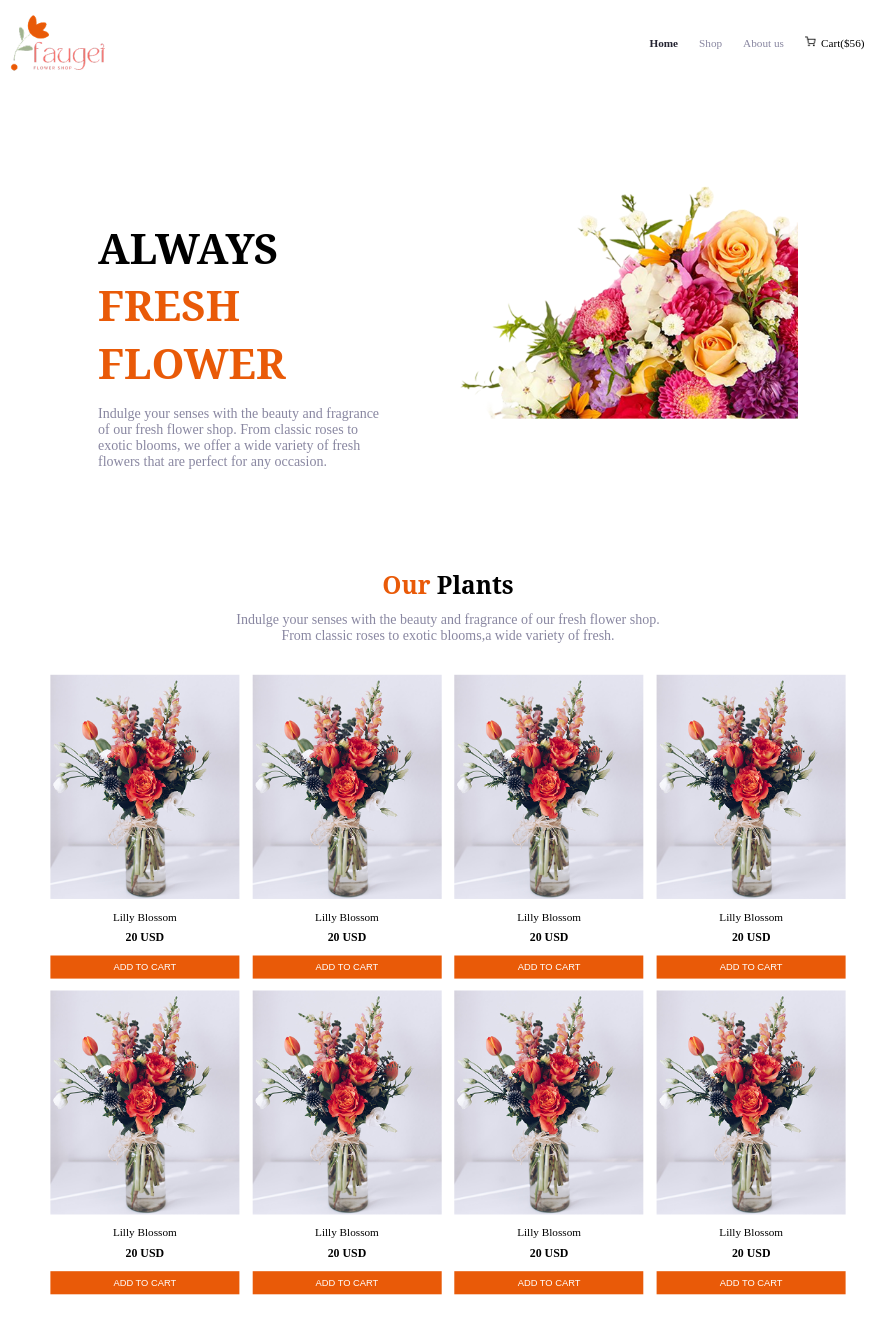
Repository: dollyrakhe22/Flowers-main-website
Page: index.html
An editor plug-in stored every save of this project. The page is shown before and after the next save, followed by the edit.
The browser window is 1280 px wide. The pictures show the whole page, at 70% of full size.
Some web libraries are served in a nearby version.

Above is the page before, as saved 2025-07-25 15:01:21.

### index.html
<!DOCTYPE html>
<html lang="en">
<head>
    <meta charset="UTF-8">
    <meta name="viewport" content="width=device-width, initial-scale=1.0">
    <title>Flowers Site</title>
    <link rel="stylesheet" href="style.css">
    <link rel="stylesheet" href="https://cdnjs.cloudflare.com/ajax/libs/font-awesome/7.0.0/css/all.min.css" integrity="sha512-DxV+EoADOkOygM4IR9yXP8Sb2qwgidEmeqAEmDKIOfPRQZOWbXCzLC6vjbZyy0vPisbH2SyW27+ddLVCN+OMzQ==" crossorigin="anonymous" referrerpolicy="no-referrer" />
</head>
<body >
  <!--Header-Section -->
    <header>
           <nav class="nav-bar display-flex">
                <img src="assets/logo.png" alt="" srcset="">

                   <ul class="list-link display-flex ">

                <li class="list-item text-black ">Home</li>
                <li class="list-item text-gray">Shop</li>
                <li class="list-item text-gray">About us</li>
                <li class="shopping"><img src="assets/shopping-cart (1).jpg"id="shopping-card" alt="" srcset=""width="15px" height="15px">Cart($56)</li>
             </ul>
           </nav>
           </header>
   <main>
  <!--Fresh Flowers-->
   <!---->
 <section class="flower-section display-flex">
  <div class="fresh-flower">
   <h1 class="flower-title noto-serif-normal">ALWAYS <span class="primary-color">FRESH<br> FLOWER</span></h1>
   <p class="flower-description text-gray">Indulge your senses with the beauty and fragrance of our fresh flower shop. From classic roses to exotic blooms,
     we offer a wide variety of fresh flowers that are perfect for any occasion. </p>
  </div>
  <div class="flower-img">
    <img src="assets/hero-flower.png" alt="" srcset="">
  </div>

 </section>
 <!--Plants-->
<section class="plants-section" >

    <h1 class="plant-title noto-serif-normal"><span class="primary-color">Our</span> Plants</h1>
    <p class="plant-description text-gray">Indulge your senses with the beauty
      and fragrance  of our fresh flower shop. <span style="display: block;"> From classic roses to exotic blooms,a wide variety of fresh.</span>
     </p>
</section>
<!--Plant-Card-Container-->
<section >
<div class="card-container">
  <div class="plant-card">
    <img src="assets/sample-flower-image.png" alt="" srcset="">
    <h4 class="lily">Lilly Blossom</h4>
    <p class="price">20 USD</p>
    <button class="btn">ADD TO CART</button>
  </div>
  <div class="plant-card">
    <img src="assets/sample-flower-image.png" alt="" srcset="">
    <h3 class="lily">Lilly Blossom</h3>
    <p class="price">20 USD</p>
    <button class="btn">ADD TO CART</button>
  </div>
  <div class="plant-card">
    <img src="assets/sample-flower-image.png" alt="" srcset="">
    <h3 class="lily">Lilly Blossom</h3>
    <p class="price">20 USD</p>
    <button class="btn">ADD TO CART</button>
  </div>
  <div class="plant-card">
    <img src="assets/sample-flower-image.png" alt="" srcset="">
    <h3 class="lily">Lilly Blossom</h3>
    <p class="price">20 USD</p>
    <button class="btn">ADD TO CART</button>
  </div>

<div class="plant-card">
    <img src="assets/sample-flower-image.png" alt="" srcset="">
    <h3 class="lily">Lilly Blossom</h3>
    <p class="price">20 USD</p>
    <button class="btn">ADD TO CART</button>
  </div>
  <div class="plant-card">
    <img src="assets/sample-flower-image.png" alt="" srcset="">
    <h3 class="lily">Lilly Blossom</h3>
    <p class="price">20 USD</p>
    <button class="btn">ADD TO CART</button>
  </div>
  <div class="plant-card">
    <img src="assets/sample-flower-image.png" alt="" srcset="">
    <h3 class="lily">Lilly Blossom</h3>
    <p class="price">20 USD</p>
    <button class="btn">ADD TO CART</button>
  </div>
  <div class="plant-card">
    <img src="assets/sample-flower-image.png" alt="" srcset="">
    <h3 class="lily">Lilly Blossom</h3>
    <p class="price">20 USD</p>
    <button class="btn">ADD TO CART</button>
  </div>

</div>
</section hidden>
<!--Flowers-Lovers--
<section class="flower-plant display-flex">
  <div class="badge-container">
    <img id="badge" src="assets/trusted-badge.png" alt="" srcset="" >
    <img src="assets/flower-store.png" alt="" srcset="">
  </div>
  <div class="plan-about">
    <h1 class="lover-title noto-serif-normal">Flowers and Plant Lovers</h1>
    <ul class="lover-description">
      <li class="text-gray">Indulge your senses with the beauty and fragrance of our fresh flower shop.
         From classic roses to exotic blooms, we offer a wide variety of fresh.</li>
      <li class="text-gray">Indulge your senses with the beauty and fragrance of our fresh flower shop.
         From classic roses to exotic blooms, we offer a wide variety of fresh.</li>
      <li class="text-gray">Indulge your senses with the beauty and fragrance of our fresh flower shop.
         From classic roses to exotic blooms, we offer a wide variety of fresh.</li>
    </ul>
  </div>
</section>
<!--Latest-Deals--
<section class="latest-section"  hidden>

    <h1 class="latest-title noto-serif-normal"><span class="primary-color">Latest</span> Deals</h1>
    <p class="latest-description text-gray">Indulge your senses with the beauty
      and fragrance  of our fresh flower shop. <span style="display: block;"> From classic roses to exotic blooms,a wide variety of fresh.</span>
     </p>
</section>
<!--Latest-Deals-Box--
 <section class ="latest-box" hidden>
  <div class="row">
    <div class="card" style="background-image:url(assets/deal-bloom.png) " style="background:#C8C8C8;">
        <div class="bloom-text">
          <h4 class="bloom noto-serif-normal">60% Off | Bloom Plant</h4>
         <a href="shop" class="shop">Shop Now</a>

        </div>
      </div>
    <div class="card" style="background-image:url(assets/deal-ana.png)" >
        <div class="bloom-text">
          <h4 class="bloom noto-serif-normal">60% Off | Bloom Plant</h4>
         <a href="shop" class="shop">Shop Now</a>
        </div>

      </div>
  </div>

  <div class="zabo" style="background-image: url(assets/deal-zabo.png);">
  <div class="zabo-text">
    <h1 class="zabo-title noto-serif-normal">25% Off | Zabo Plant</h1>
    <a href="shop" class="zabo-shop">shop Now</a>

  </div>



</div>

 </section>
<!--Search-Section--
<section hidden>
  <div class="branch">

      <h1 class="branch-title noto-serif-normal">Join the colorful Bunch</h1>
       <div class="wrapper">
      <div class="input-data display-flex">
    <input type="text" name="" id="" placeholder="Write email">

    <button class="search-button">Subscribe</button>

      </div>
  </div>
  </div>
</section>

<!--Footer --
<div class="footer display-flex" hidden>
<div class="footer-section">
 <img src="assets/logo.png" alt="" srcset="">
 <p class="text-gray footer-description">Indulge your senses with the
  <br>beauty and fragrance of our fresh <br>flower shop. </p>
</div class="display-flex">


<div class="footer-list">
  <ul>
   <li class="footer-link text-gray" >Home</li>
   <li class="footer-link text-gray">About us</li>
   <li class="footer-link text-gray">Blog</li>
   <li class="footer-link text-gray">FAQ</li>
   <li class="footer-link text-gray">Contact Us</li>

  </ul>
</div>
<div class="footer-list display-flex icon-list">
<div class=" list">
  <ul>
    <li class="footer-link text-gray">Feature</li>
    <li class="footer-link text-gray">Pricing</li>
    <li class="footer-link text-gray">Privacy Of Policy</li>
    <li class="footer-link text-gray">Terms Of Service</li>
    <li class="footer-link text-gray">Help Center</li>
  </ul>

      <span class="social-icon">
      <img src="assets/icon-linkedin.png" alt="" srcset="" width="30px" height="30px" >
    <img src="assets/icon-twitter.png" alt="" srcset=""  width="30px" height="30px" >
    <img src="assets/icon-facebook.png" alt="" srcset="" width="30px" height="30px" >
    <img src="assets/icon-youtube.png" alt="" srcset="" width="30px" height="30px">
      </span>
  </div>
















</div>



    </main>
    <footer>

    </footer>
</body>
</html>

### style.css
@import url('https://fonts.googleapis.com/css2?family=Noto+Serif:ital,wght@0,100..900;1,100..900&display=swap');

*{
    box-sizing: border-box;
    margin: 0;
    padding: 0;
}

.noto-serif-normal{
  font-family: "Noto Serif", serif;
  font-optical-sizing: auto;
  font-style: normal;

}
/*shared style*/
.display-flex{
    display: flex;
}
/*black*/
.text-black{
    color:#252432;
    font-weight: bold;
}
/*dark 02*/
.text-gray{
    color: #8987A1;
}
.primary-color{
    color:#E95A08;
}
/*navbar start*/
.nav-bar{
   justify-content: space-between;
   margin: 20px auto;
   max-width: 1250px;


}
.list-link{
    justify-items: center;
    justify-content: center;
    align-items: center;



}
nav ul li{
    list-style: none;
    margin-right: 30px;
}
#shopping-card{
    margin-right: 8px;
}
/*Fresh Flower*/
.fresh-flower{
    margin-top: 70px;
}
.flower-section{
    max-width: 100%;
   margin: 140px;
   gap: 10px;
}
.flower-title{
      font-size: 3.75rem;
}
.flower-description{
    font-size: 1.25rem;
    margin-top: 20px;
}
/*Plants*/
.plants-section{
  justify-items: center;

}
.plant-title{
    font-size: 2.18rem;
    font-weight: 700;
}
.plant-description{
    font-size: 1.25rem;
    margin-top: 15px;
   text-align: center;

}
/*Plant-Card-Container*/

.card-container{
    max-width: 1150px;
    margin: 45px auto;
    display: grid;
    grid-template-columns: repeat(4,1fr);
    gap: 5px;
}
.plant-card {
    align-items: center;
    justify-items: center;
}
.lily{
    font-size: 1rem;
    font-weight:200;
    margin-top: 10px;
}
.price{
    font-size: 1.06rem;
    font-weight: bold;
    margin-top: 10px;
}
.btn{
   background-color: #E95A08;
   color:white;
   width: 270px;
   height: 33px;
   border: none;
   margin-top: 16px;
   margin-bottom: 12px;
}
/*Flowers and Lover*/
#badge{
    width: 240px;
    height:240px;
    margin-left: 443px;
    margin-bottom: -122px;
    position: relative;

}
.badge-container{
    margin-top: -147px;
}




.flower-plant{
   max-width: 100%;
    margin: 170px 160px ;
     width: 1250px;

}
.plan-about{
    margin-left: -5px;
    width: 300px;
    margin-right: 268px;
    justify-content: center;
    justify-items: center;


}


.flower-plant img{
    width: 590px;
    height: 450px;
}
.lover-title{
    font-size: 50px;
    width: 470px;
    margin-top: -12px;
    margin-left: 124px;
}
.lover-description{
    font-size: 1.25rem;
    margin-top: 30px;
    margin: 21px;
    width: 400px;
}
.lover-description{
     margin-left: 118px;
}
/*latest-Deals*/
.latest-section{
  justify-items: center;


}
.latest-title{
    font-size: 2.18rem;
    font-weight: 700;
    margin-top: -75px;
}
.latest-description{
    font-size: 1.25rem;
    margin-top: 15px;
   text-align: center;

}

/*Latest-Deals-Box*/
.bloom{
    color: white;
    font-size: 1.2rem;

}
   a{
     color:white;
     font-size: 0.8rem;

}
/*
.zabo-font{
    color:white;
    padding: 180px;
    margin-left: 43px;

}
*/
.zabo-title{
    color: white;
    font-size: 2.06rem;
    font-weight: 700;

}
.card{
   background-repeat: no-repeat;


}
.card {
    text-align: center;
    justify-items: center;
    width: 360px;
    height:163px;
    margin-bottom: 19px;
    margin-left: -105px;
    border-radius: 10px;

}
.zabo {
     background-repeat: no-repeat;
     width: 750px;
     height: 345px;
     margin-left: 20px;
     border-radius: 10px;
}


.row{
   display: grid;
 grid-template-columns: repeat(1,1fr);


}
.zabo-text {
    padding: 180px;
    margin-top:-42px;

}
.zabo-shop{
    font-size: 2rem;
    margin-left:105px;
    font-weight: 800;
}
.bloom-text{
   padding: 65px;
}
.shop{
    font-size: 1.3rem;
    margin-left:10px;
}
.latest-box{
    display: flex;
    margin: 50px 267px;
    width: 1140%;
}
/*Search Section*/
.branch{
    background-image: url(assets/news-letter-bg.png);
    margin-bottom: 50px;
    width: 1490px;
    height:398px;
    background-size: cover;
    text-align: center;
    padding: 170px;

}
.input-data{
   justify-content: center;
}

.branch-title{
    font-size: 2.18rem;
    color: white;
}
.wrapper{
    padding: 22px;

}
.input-data{
    height: 39px;
}
input{
    width: 540px;
}
.search-button{
    background-color:#E95A08;
    color: white;
    border: none;
    width: 130px;
}
/*Footer*/
.footer{
   max-width: 100%;
   margin-bottom: 50px;

}
.footer-section{
    margin: 6px 80px;

}
.footer-description{
    font-size: 1.25rem;
    margin-top: 20px;
}
.footer-list{
    margin: 60px;
    margin-left: 100px;
}
.icon-list{
    display: flex ;
    justify-content: center;

}
.list{
         display: inline-flex;
         gap: 10px;

         margin-left: 110px;
}
.social-icon{
    margin-left: 120px;
}
.footer-list ul li{
       list-style: none;
}
.footer-link{
    line-height: 40px;
    font-size: 1.125rem;
}
.social-icon img{
    margin-right: 25px;
}



/*Responsive media query*/
/*Mobile device */
@media screen and (max-width:576px){
    .nav-bar{
        max-width: 100%;
        margin: 24px auto;
        margin-left: 36px;
    }
    nav img{
        width:80px;
        height: 80px;
    }
   .list-link{
     flex-direction: column;
     align-items: center;
   }
   .list-item{
    display: none;
   }
   .shopping{
       font-size: 1.45rem;
        margin-top: 25px;
        margin-right: 20px;
   }
   li img{
    width: 18px;
    height: 18px;
    max-width: 100%;

   }
   li{
       margin-bottom: 5px;
       margin-top: 50px;
   }
  .flower-section {
       flex-direction: column-reverse;
       margin-top: 40px;

  }
  .flower-img img{
    width: 265px;
    margin-left: 5px;


  }
  .flower-title{
    font-size:1.50rem;
    margin: -35px  0px  -13px -115px;
  }
  .flower-description{
    margin-right: -101px;
    margin-left: -116px;
  }

/*Fresh Flower End*/

.plants-section{
    text-align: center;
   justify-items: center;
    margin: -60px;
}
.plant-description{
    width: 400px;

}


/*plant section end*/
.card-container{
    grid-template-columns: repeat(2,1fr);
    margin-top: 115px;
     max-width: 1150px;
    margin: 45px auto;
}
.plant-card img{
    max-width:300px;
   width: 210px;
   height: 225px;
   margin-top: 50px;
   margin-left: 20px;


}
  .btn{

   width: 200px;
   height: 52px;
   margin-top: 8px;
   margin-bottom: -30px;
   margin-left: 21px;

}
.lily,.price{

}

}

After the next save:
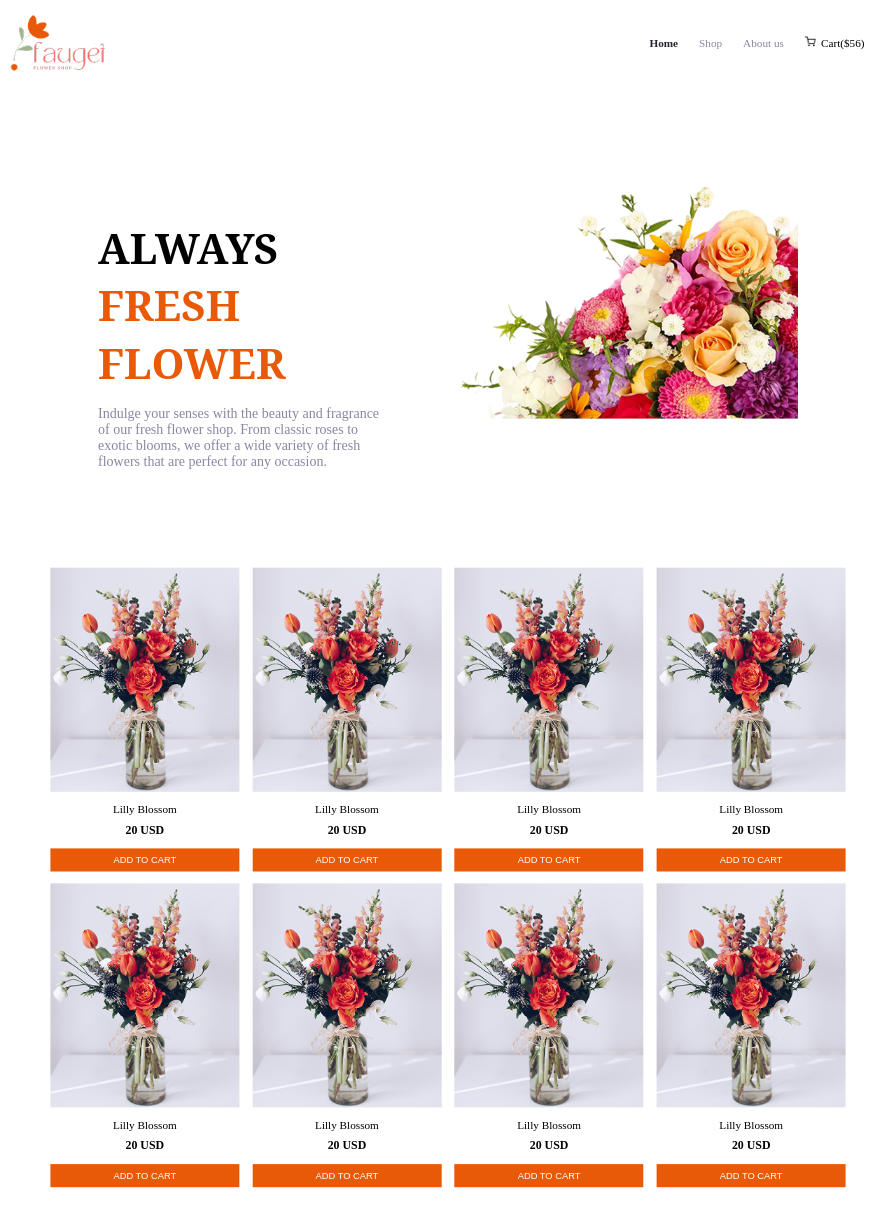
Saved 10 min 19 s later.
--- a/index.html
+++ b/index.html
@@ -36,7 +36,7 @@
   </div>
 
  </section>
- <!--Plants-->
+ <!--Plants--
 <section class="plants-section" >
 
     <h1 class="plant-title noto-serif-normal"><span class="primary-color">Our</span> Plants</h1>
--- a/style.css
+++ b/style.css
@@ -407,8 +407,8 @@ input{
 
 }
 
-
-/*plant section end*/
+}
+/*plant section end*
 .card-container{
     grid-template-columns: repeat(2,1fr);
     margin-top: 115px;
